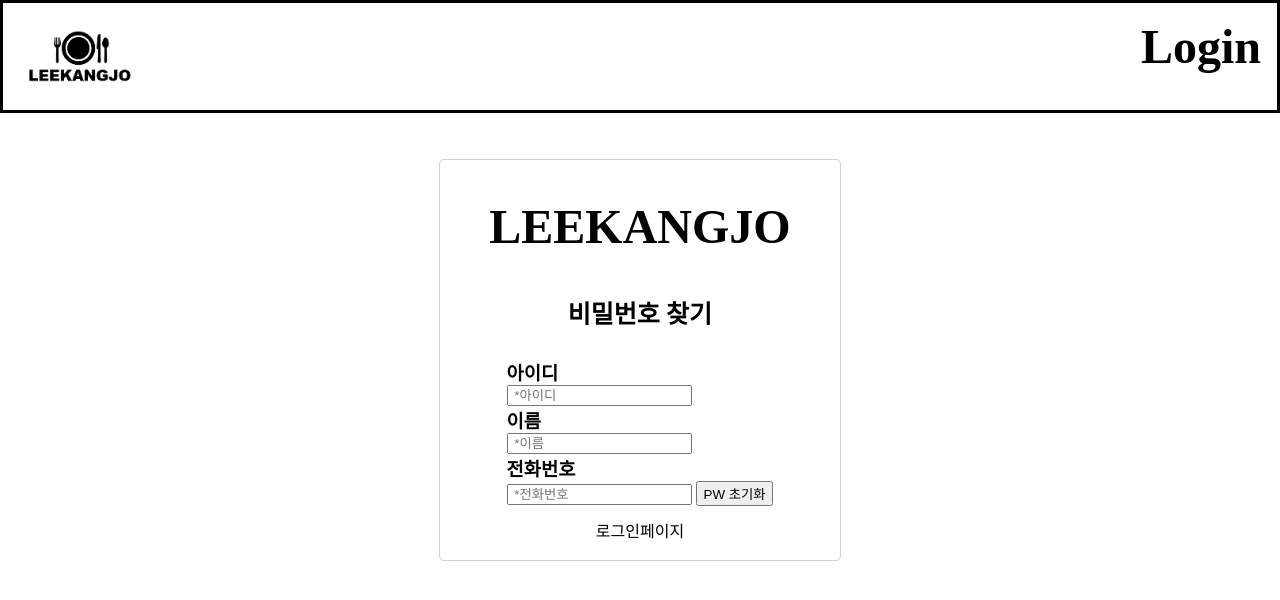
Repository: acredev/Restaurant_Management_System
Page: http://localhost/leekangjo/find_pw.jsp
The author's editor kept a copy of each file at every save. The page is drawn from the files as they stood at one save, then again after the next save.
The browser window is 1280 px wide. The pictures show the whole page.
Some web fonts or font styles are not loaded; a fallback is used. The page is served by Tomcat 9. Other server files are loaded and not shown.

Above is the page before, as saved 2023-04-19 04:14:37.

### leekangjo/WebContent/find_pw.jsp
<!--
비밀번호 찾기 화면입니다.
 -->

<%@ page language="java" contentType="text/html; charset=UTF-8"
    pageEncoding="UTF-8"%>

<!DOCTYPE html>
<html>
	<head>
		<meta charset="UTF-8">
		<meta name="viewport" content="width-device-width,initial-scale-1.0,user-scalable=no">
		<title>비밀번호 찾기</title>
		<!-- 페이지 디자인을 위한 CSS 선언 -->
		<link href="css/Header.css" rel="stylesheet" type="text/css">
        <link href="css/LoginMain.css" rel="stylesheet" type="text/css">
	</head>
<body>
	<form>
		<header>
			<img src="img/Logo4.png" class="Logoimg" onclick="location.href='index.html'">
			<h1 onclick="location.href='login.html'">Login</h1>
		</header>
		<div id="Loginmain">
			<div class="box">
				<h1 class="logo">LEEKANGJO</h1>
				<h2>비밀번호 찾기</h2>
				<div class="input_box">
					<h3>아이디</h3>
					<input type="text" placeholder=" *아이디" id="name" class="account" maxlength="10">
					<h3>이름</h3>
					<input type="text" placeholder=" *이름" id="name" class="account" maxlength="5">
					<h3>전화번호</h3>
					<input type="text" placeholder=" *전화번호" id="tel" class="account" maxlength="11">
					<button class="btn_find_id" id="btnSend">
						<span class="">PW 초기화</span>
					</button>
				</div>
				<a onclick="location.href='login.jsp'">로그인페이지</a>
			</div>
		</div>
	</form>
</body>
</html>

### leekangjo/WebContent/css/Header.css
@import url('https://fonts.googleapis.com/css?family=Amatic+SC|Indie+Flower');

*{
    margin: 0;
}
header {
    background-color: #fff;
    height: 75px;
    padding: 1rem;
    border: 3px solid #000;
    align-items: center;
    position: fixed;
    top:0;
    left: 0;
    right: 0;
    float: left;
    z-index: 1;
}
.Logoimg{
    height: 75px;
}
.Logoimg:hover{
    cursor: pointer;
}
h1{
    font-family: 'Indie Flower', cursive;
    font-size: 3em;
    float: right;
}
h1:hover{
    cursor: pointer;
}
#tagbar{
    width: 100%;
    text-align: center;
    padding-top: 120px;
}

### leekangjo/WebContent/css/LoginMain.css
html,body, form{
    height: 100%;
}

#Loginmain{
    height: 100%;
    display: flex;
    justify-content:center;
    align-items : center;
}
.box{
    width: 400px;
    height: 400px;
    display: flex;
    justify-content: center;
    align-items: center;
    flex-direction: column;
    border: 1px solid lightgrey;
    border-radius: 5px;
    background-color: ;
}
.logo{
    margin-top: 5%;
    margin-bottom: 10%;
}
#Blogin {
    margin-top: 10%;
    width: 80%;
    background: #4EB2FF;
    border-color: transparent;
    font-family:

}
p {
    font: inherit;
    margin-block-start: 1px;
    margin-block-end: 1em;
    margin-inline-start: 3px;
    margin-inline-end: 3px;
    color: ;
}
h2{
    font-size: 25px;
    margin-bottom: 7%;
}
.btn_login{
    font-size: 15px;
    font-weight: bold;

}
.input_box{
    margin-bottom: 3%;
}

After the next save:
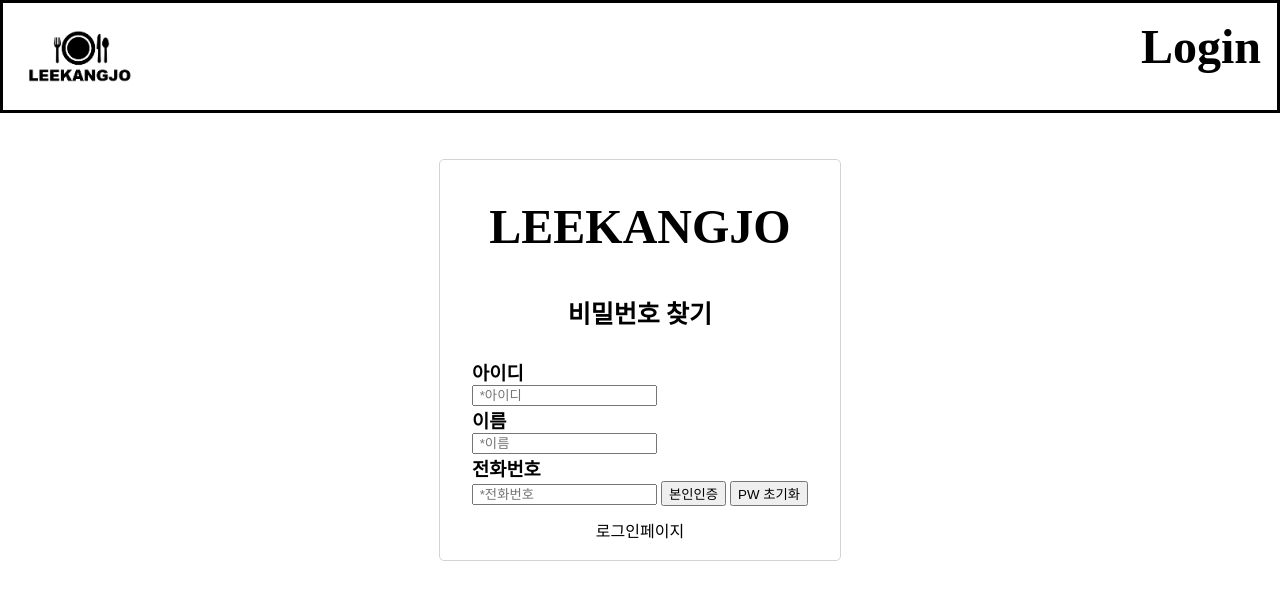
Saved 113 s later.
--- a/leekangjo/WebContent/find_pw.jsp
+++ b/leekangjo/WebContent/find_pw.jsp
@@ -32,6 +32,7 @@
 					<input type="text" placeholder=" *이름" id="name" class="account" maxlength="5">
 					<h3>전화번호</h3>
 					<input type="text" placeholder=" *전화번호" id="tel" class="account" maxlength="11">
+					<input type="button" id="telchk" class="account" value="본인인증">
 					<button class="btn_find_id" id="btnSend">
 						<span class="">PW 초기화</span>
 					</button>
